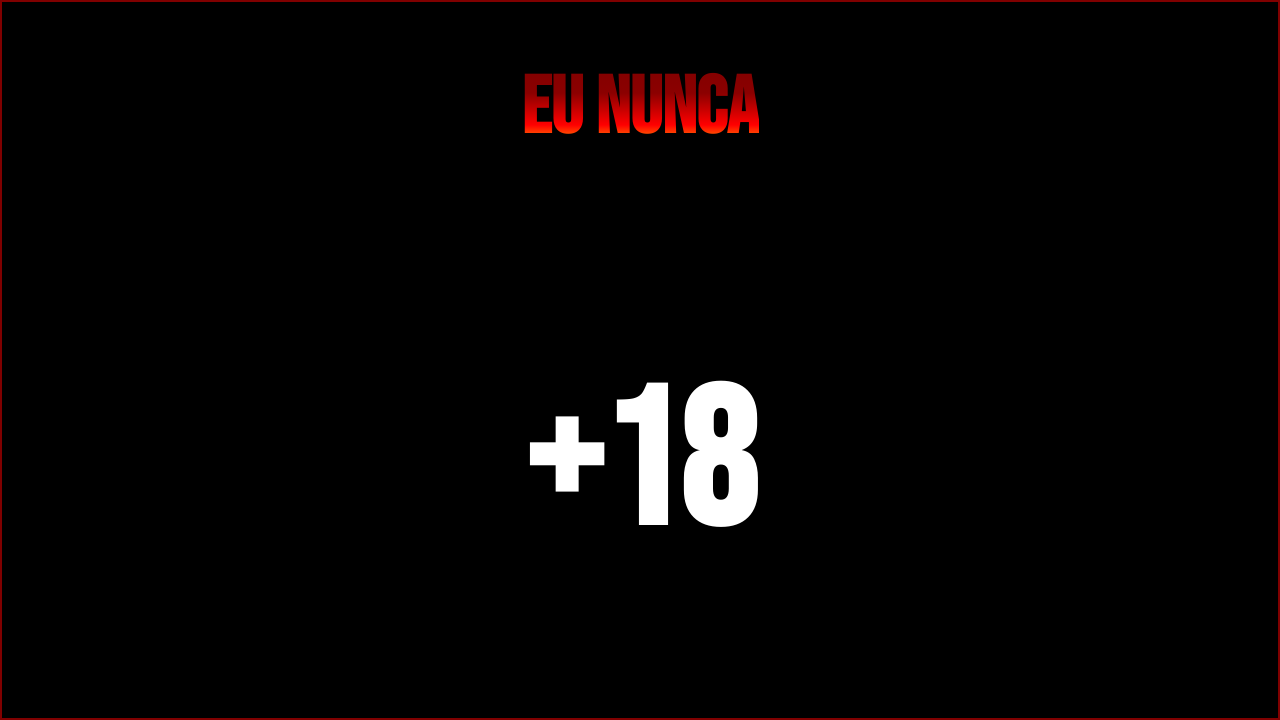
Repository: odiloalmeida/inever
Page: index.html
The author's editor kept a copy of each file at every save. The page is drawn from the files as they stood at one save, then again after the next save.
The browser window is 1280 px wide. The pictures show the whole page.

Above is the page before, as saved 2023-02-04 13:39:57.

After the next save:
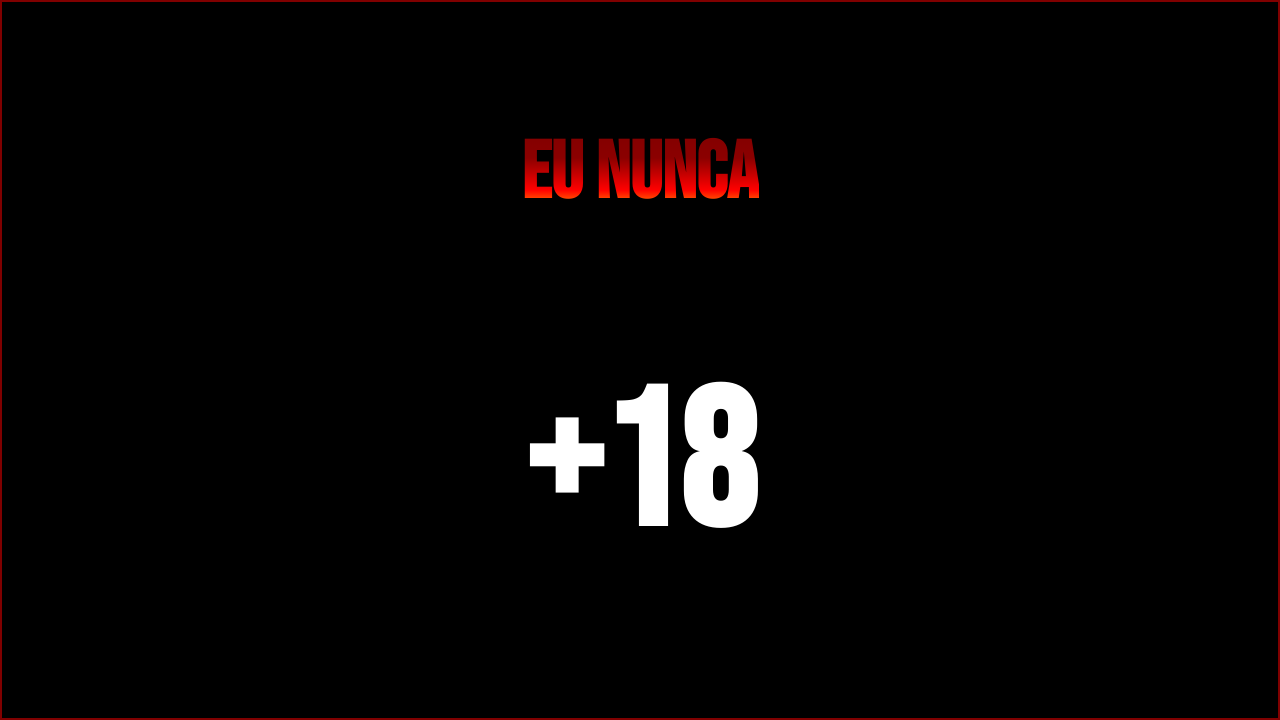
Saved 20 s later.
--- a/style.css
+++ b/style.css
@@ -34,6 +34,7 @@ h1 {
     color: black;
     font-size: 5rem;
     font-weight: 900;
+    margin-top: 10%;
 }
 
 button {
